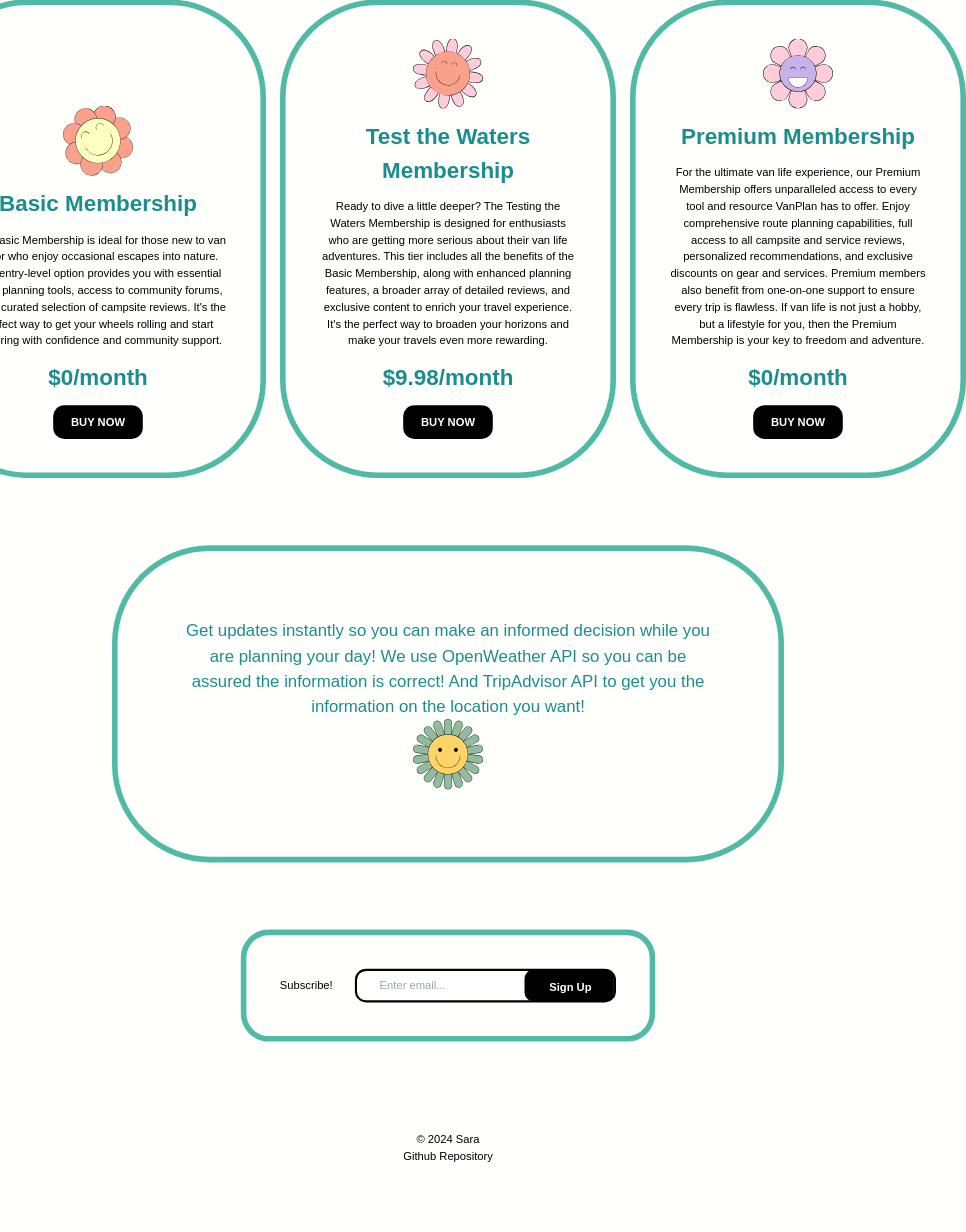
Repository: SaraShio/landing-page
Page: /
These files come from the project's save history. The page is drawn as it stood at one moment and after a run of saves; the edit follows.
The browser window is 1280 px wide. The page is 1380 px wide, so the pictures cover 1380 px, including what lies to the right of the window. The pictures show the part of the page from y = 860 to 2620 px (the page is 2620 px tall), at 70% of full size.
The project was rebuilt for these pictures with package versions that can differ from the ones it lists, and the page was loaded fresh each time. The framework's server and built-in components were replaced by stand-ins that run in the browser. Also part of the build but not shown: next.config.mjs.

Above is the page before, as saved 2024-03-08 22:31:30.

After the next 4 saves:
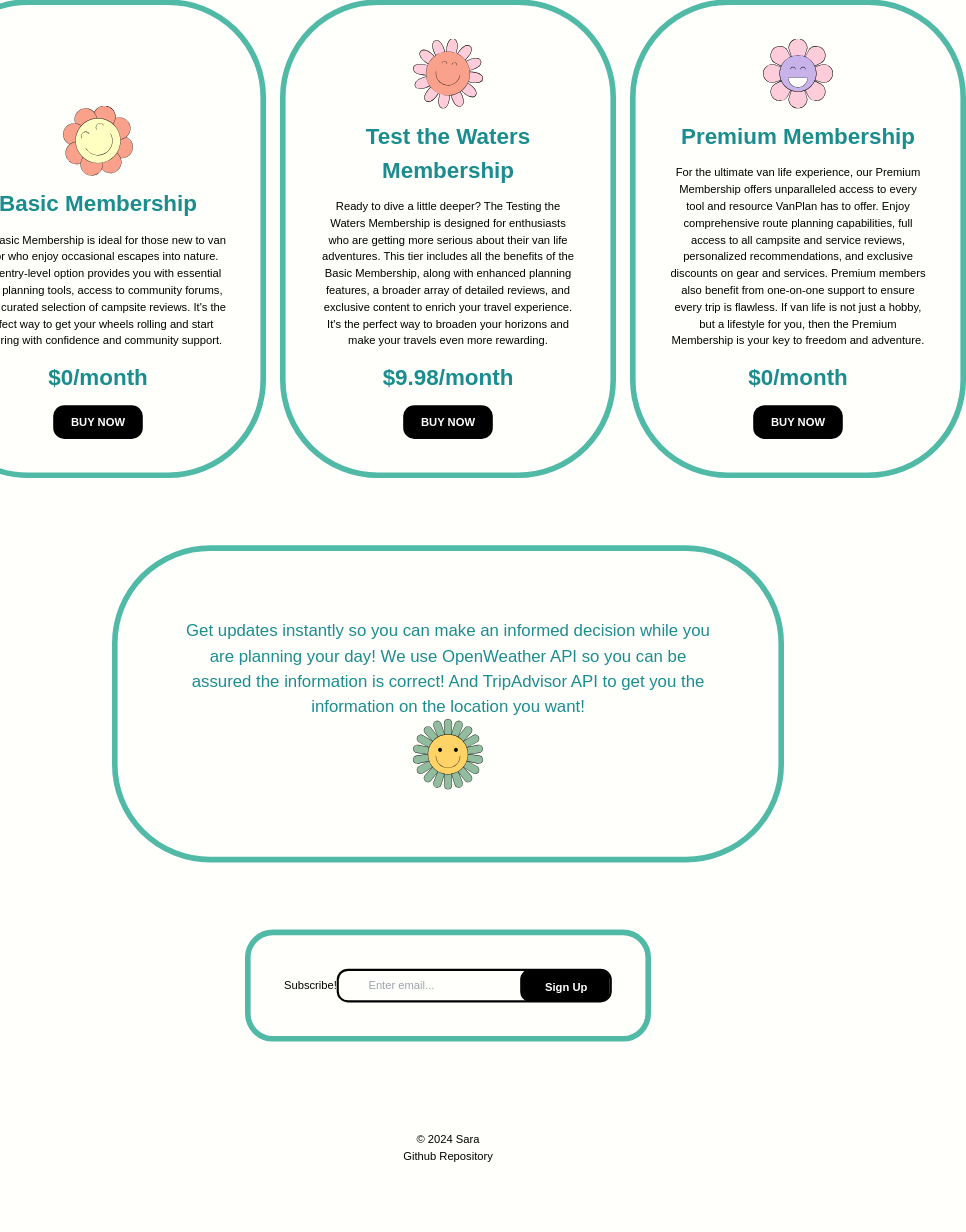
The 4 saves are shown as one change because they came seconds apart.
The last was saved 29 s later.
--- a/components/Subscribe/Subscribe.module.css
+++ b/components/Subscribe/Subscribe.module.css
@@ -26,5 +26,11 @@
     border-radius: 1rem;
     height: 3rem;
     padding-left: 2rem;
-    margin-left: 2rem;
+
   }
+
+  .input_container input {
+    background: none;
+    padding: 10px;
+    outline: none;
+}
